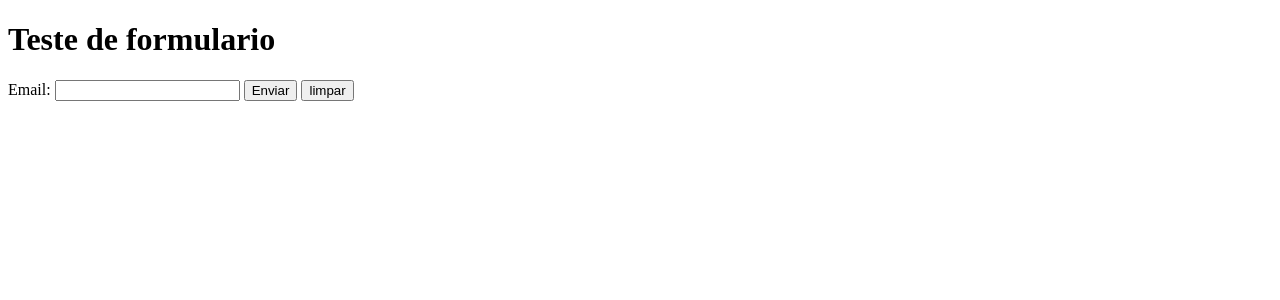
Repository: Lucianorodriguesdev/cursoHTML-CSS
Page: ex025/form004.html
The author's editor kept a copy of each file at every save. The page is drawn from the files as they stood at one save, then again after the next save.
The browser window is 1280 px wide. The pictures show the whole page.

Above is the page before, as saved 2026-07-08 10:22:53.

After the next save:
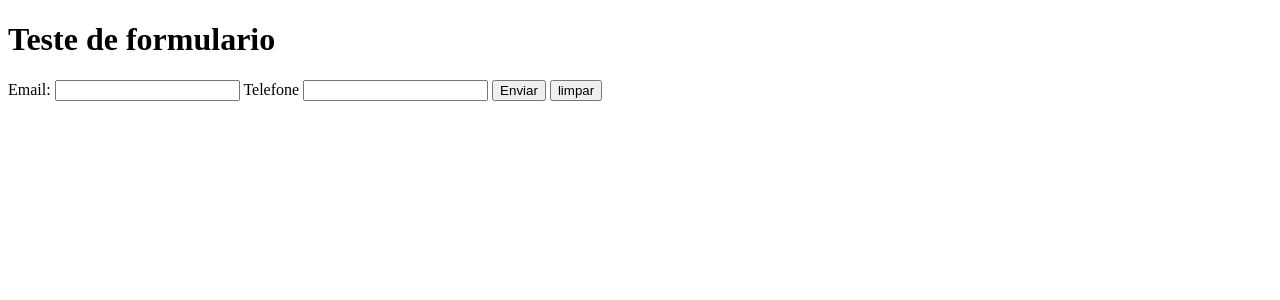
Saved 8 min 55 s later.
--- a/ex025/form004.html
+++ b/ex025/form004.html
@@ -8,8 +8,13 @@
 <body>
     <h1>Teste de formulario</h1>
     <form action="formulario.php" method="post" autocomplete="on">
+
         <label for="iemail" >Email:</label>
         <input type="email" name="email" id="iemail" required autocomplete="email">
+
+        <label for="inumero">Telefone</label>
+        <input type="tel" name="numero" id="inumero" required autocomplete="tel" >
+
         <input type="submit" value="Enviar">
         <input type="reset" value="limpar">
     </form>
